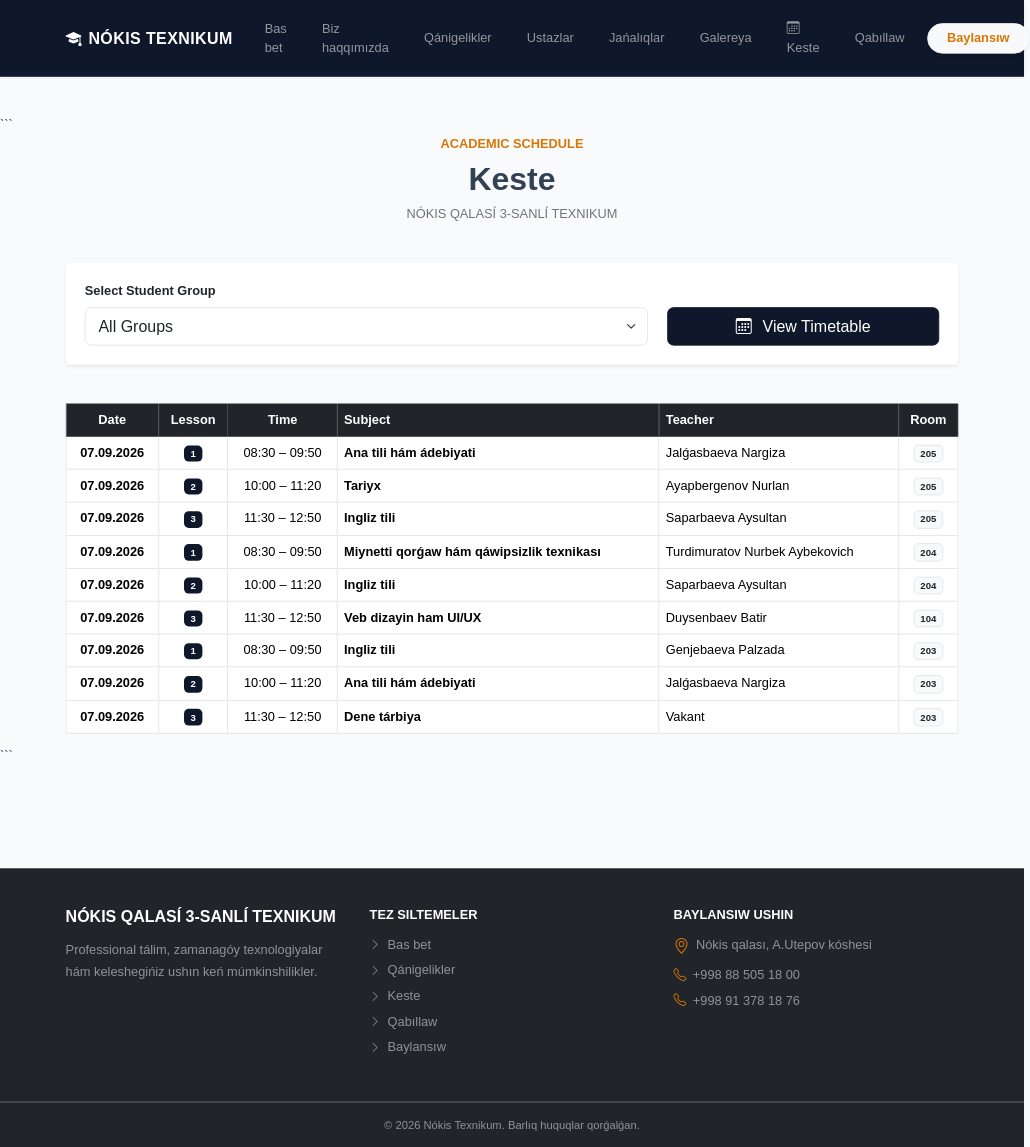
Repository: Neptunescorp/nukus_technicum
Page: http://localhost/timetable/
The author's editor kept a copy of each file at every save. The page is drawn from the files as they stood at one save, then again after the next save.
The browser window is 1280 px wide. The page is 1287 px wide, so the pictures cover 1287 px, including what lies to the right of the window. The pictures show the whole page, at 80% of full size.
The page is served by the project's application, run on Django 5.2 (manage.py). The page reads the database file committed with the project.

Above is the page before, as saved 2026-09-05 23:18:38.

After the next save:
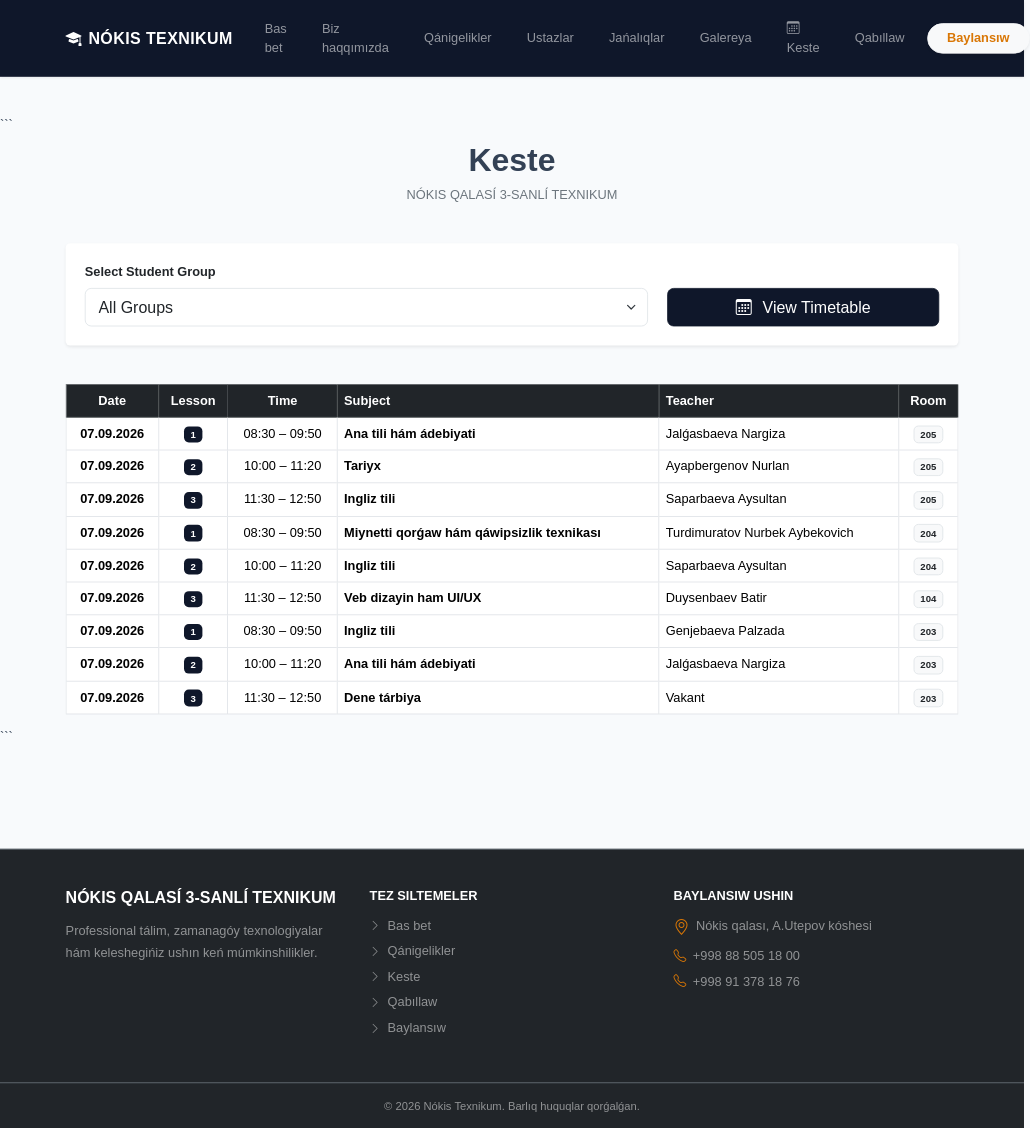
Saved 6 h 30 min later.
--- a/timetable/templates/timetable/list.html
+++ b/timetable/templates/timetable/list.html
@@ -14,9 +14,7 @@ Timetable | Nukus Shahar 3-sonli Texnikum
     <!-- Header -->
     <div class="text-center mb-5">
 
-        <span class="text-primary fw-semibold">
-            ACADEMIC SCHEDULE
-        </span>
+
 
         <h1 class="fw-bold mt-2">
             Keste
